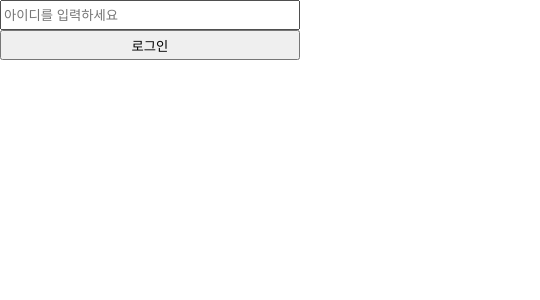
Repository: mekeyace/portfolio
Page: http://localhost/web/mobile.jsp
An editor plug-in stored every save of this project. The page is shown before and after the next save, followed by the edit.
The browser window is 375 px wide. The page is 375 px wide, then 540 px, so the pictures cover 540 px, including what lies to the right of the window. The pictures show the whole page.
The page is served by Tomcat 9. Other server files are loaded and not shown.

Above is the page before, as saved 2023-06-22 05:57:50.

### maven/web/src/main/webapp/mobile.jsp
<%@ page language="java" contentType="text/html; charset=UTF-8"
    pageEncoding="UTF-8"%>
<!DOCTYPE html>
<html>
<head>
<meta charset="UTF-8">
<meta name="viewport" content="width=device-width, initial-scale=1">
<title>모바일 전용 사용시 오브젝트 변화 (calc)</title>
<!-- 340 ~ 580px -->
<style>
body {
margin: 0;
padding: 0;
}
/* 540px */
.mid {
width : 300px;
height: 30px;
box-sizing: border-box;
}
.btn{
width:300px;
height:30px;
box-sizing: border-box;
}
</style>
</head>
<body>
<input type="text" class="mid" placeholder="아이디를 입력하세요"><br>
<input type="submit" value="로그인" class="btn">
</body>
</html>

After the next save:
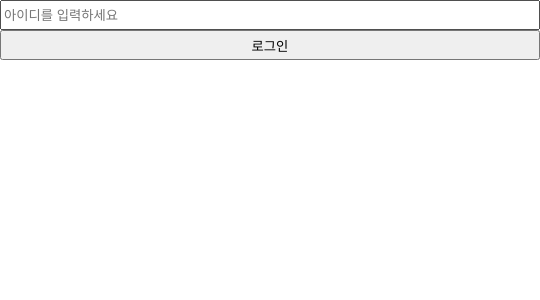
Saved 49 s later.
--- a/maven/web/src/main/webapp/mobile.jsp
+++ b/maven/web/src/main/webapp/mobile.jsp
@@ -23,6 +23,17 @@ width:300px;
 height:30px;
 box-sizing: border-box;
 }
+
+@media screen and (max-width:540px){
+.mid {
+width:540px;
+}
+.btn{
+width:540px;
+}
+}
+
+
 </style>
 </head>
 <body>
